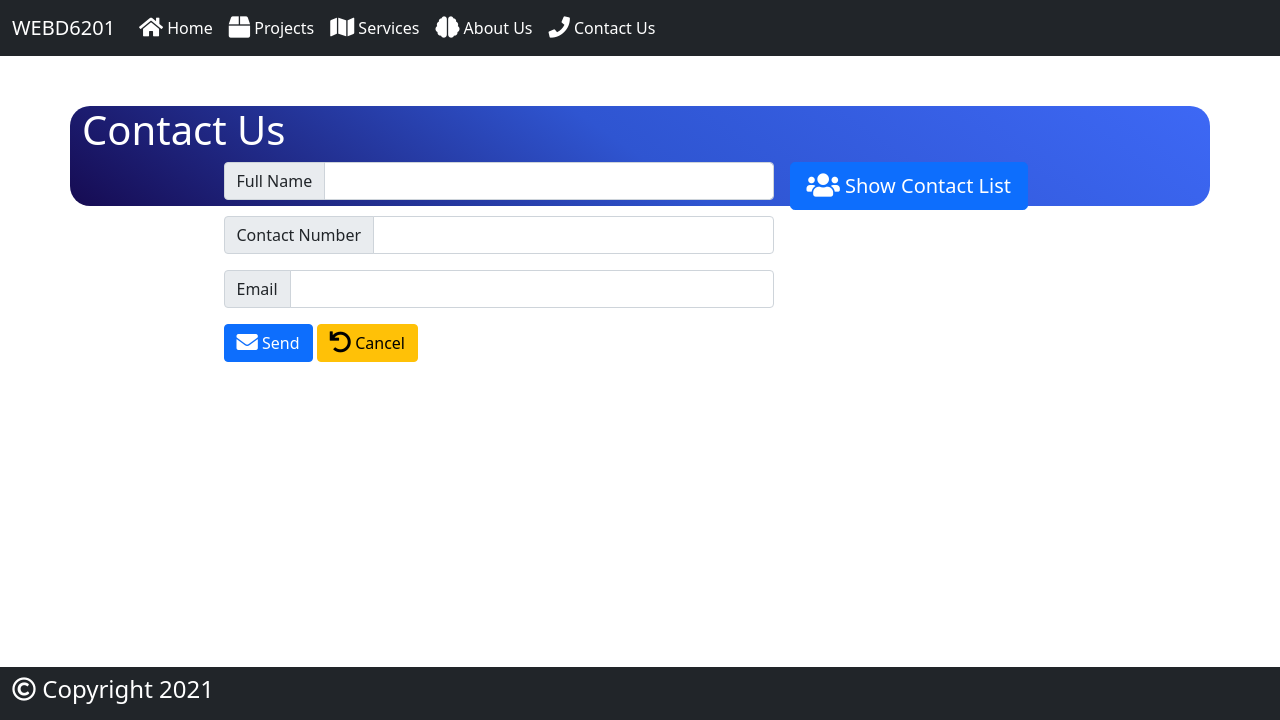
Repository: AshokSasi/WEBD6201-ASasi-JYuan-Lab2
Page: contact.html
The author's editor kept a copy of each file at every save. The page is drawn from the files as they stood at one save, then again after the next save.
The browser window is 1280 px wide. The pictures show the whole page.

Above is the page before, as saved 2021-01-28 20:41:04.
Not found: Scripts/contact.js

### contact.html
<!DOCTYPE html>
<html lang="en">
<head>
    <meta charset="UTF-8">
    <meta name="viewport" content="width=device-width, initial-scale=1.0">
    <title>Contact Us</title>
    <!-- CSS Section-->
    <link rel="stylesheet" href="./Content/app.css">
    <link rel="stylesheet" href="./node_modules/bootstrap/dist/css/bootstrap.min.css">
    <link rel="stylesheet" href="./node_modules/@fortawesome/fontawesome-free/css/all.min.css">
</head>
<body>
  <!-- Main Header -->
  <header>
    <!--main navbar-->
      <nav class="navbar navbar-expand-lg navbar-dark bg-dark">
          <div class="container-fluid">
            <a class="navbar-brand" href="index.html">WEBD6201</a>
            <button class="navbar-toggler" type="button" data-bs-toggle="collapse" data-bs-target="#navbarSupportedContent" aria-controls="navbarSupportedContent" aria-expanded="false" aria-label="Toggle navigation">
              <span class="navbar-toggler-icon"></span>
            </button>
            <div class="collapse navbar-collapse" id="navbarSupportedContent">
              <ul class="navbar-nav me-auto mb-2 mb-lg-0">
                <li class="nav-item">
                  <a class="nav-link active" aria-current="page" href="index.html"><i class="fas fa-home fa-lg"></i> Home</a>
                </li>
                <li class="nav-item">
                  <a class="nav-link active" aria-current="page" href="projects.html"><i class="fas fa-box fa-lg"></i> Projects</a>
                </li>
                <li class="nav-item">
                  <a class="nav-link active" aria-current="page" href="services.html"><i class="fas fa-map fa-lg"></i> Services</a>
                </li>
                <li class="nav-item">
                  <a class="nav-link active" aria-current="page" href="about.html"><i class="fas fa-brain fa-lg"></i> About Us</a>
                </li>
                <li class="nav-item">
                  <a class="nav-link active" aria-current="page" href="contact.html"><i class="fas fa-phone fa-lg"></i> Contact Us</a>
                </li>
              </ul>

            </div>
          </div>
        </nav>
  </header>

    <!-- Main Content-->
    <main class="container">
        <h1 class="titleBg">Contact Us</h1>
       <div id="messageArea">

       </div>
        <!--Contact us form-->
        <div class="row justify-content-md-center g-3 contactUsForm">
          <form class="col-lg-6 col-md-10 col-sm-10">

            <div class="input-group mb-3">
              <span class="input-group-text" id="inputGroup-sizing-default">Full Name</span>
              <input id= "fullName" type="text" class="form-control" aria-label="Full Name" aria-describedby="Full Name Input"
              name="fullName" required>
            </div>


            <div class="input-group mb-3">
              <span class="input-group-text" id="inputGroup-sizing-default">Contact Number</span>
              <input id= "contactNumber" type="tel" class="form-control" aria-label="Contact Number" aria-describedby="Contact Number Input"
              name="contactNumber" required>
            </div>

            <div class="input-group mb-3">
              <span class="input-group-text" id="inputGroup-sizing-default">Email</span>
              <input id= "emailAddress" type="email" class="form-control" aria-label="Email Address" aria-describedby="Email Address Input"
              name="emailAddress" required>
            </div>

            <button id="sendButton" type="submit" class="btn btn-primary"><i class="fas fa-envelope fa-lg"></i> Send</button>
            <button id="cancelButton" type="reset" class="btn btn-warning"><i class="fas fa-undo fa-lg"></i> Cancel</button>
          </form>

          <div class="col-lg-3 col-md-3">
            <a href="contact-list.html" class="btn btn-primary btn-lg"><i class="fas fa-users fa-lg"></i> Show Contact List</a>

          </div>
        </div>

    </main>

    <!--Main Footer Nav -->
    <!--Main Footer Nav -->
    <footer>
      <nav class="navbar fixed-bottom navbar-dark bg-dark">
          <div class="container-fluid">
            <h4 class="footerContent"><i class="far fa-copyright"></i> Copyright 2021</h4>
          </div>
        </nav>
  </footer>

    <!--Javascript section-->
    <script src="./Scripts/contact.js"></script>
    <script src="./Scripts/app.js"></script>
    <script src="./node_modules/jquery/dist/jquery.min.js"></script>
    <script src="./node_modules/bootstrap/dist/js/bootstrap.bundle.min.js"></script>
</body>
</html>

### Content/app.css
body.bg-image{
    background-image : url('../img/bg-img.png');
    background-repeat: no-repeat;
    background-attachment: fixed;
    background-size: 100% 100%;

}
.contactUsForm{
   margin: 300px;
}
.container{
    color: white;
    border-radius: 20px;
    width: 70%;
    height: 100px;
    margin: 50px auto;
    background: linear-gradient(35deg,#160b52,#2f55d1,#3d68f5)
  /*  background: linear-gradient(35deg,#160b52,#2f51be)*/
}
footer{
    color:white;
}

### Scripts/app.js
/* custom JavaScript goes here */

//IIFE - Immediately Invoked Function Expression
//AKA - Anonymous Self-Executing Function
//Closure - limits scope leak


"use strict";

(function()
{
function displayHome()
{

      // let paragraphOneText = "This is a simple site to demonstrate DOM Manipulation for ICE 1";

        //Different ways to select a paragraph element "paragraph one"
      //  let paragraphOneElement = document.getElementById("paragraphOne");

       // paragraphOneElement.textContent = paragraphOneText;
       // paragraphOneElement.className = "fs-5";

        // step 1. Create an element
     //   let newParagraph = document.createElement("p");
        //step 2. configure element
      //  newParagraph.setAttribute("id", "paragraphTwo");
       // newParagraph.textContent = "...And this is paragraph two";
       // //Step 3. select the parent element
      //  let mainContent = document.getElementsByTagName("main")[0];
        //step 4. Add/insert the element
      //  mainContent.appendChild(newParagraph);

        newParagraph.className = "fs-6";

        //////another way to add an element ///////
        //let paragraphThree =`<p class="fs-7 fw-bold">And this is the Third Paragraph</p>`;
        //mainContent.innerHTML = paragraphThree;

      //  let paragraphDiv = document.createElement("div");
       // let paragraphThree = `<p id="paragraphThree" class="fs-7 fw-bold">And this is the third paragraph</p>`
       // paragraphDiv.innerHTML = paragraphThree;

        //insertion before a node
        //newParagraph.before(paragraphDiv);
      //  newParagraph.after(paragraphDiv);

        //deletions
        //paragraphOneElement.remove();
      //  mainContent.removeChild(paragraphOneElement);

        //Update / modification of an element
        //mainContent.firstElementChild.textContent = "Welcome Home!";

      //  mainContent.innerHTML =
      //  `<h1 id="firstHeading">Welcome to WEBD6201 - Lab 1</h1>
      //  <p id="paragraphOne" class="fs-3 fw-bold">This is my first paragraph</p>`

}
function displayAbout()
{

}
function displayProjects()
{

}
function displayServices()
{

}

function displayContact()
{
    let messageArea = document.getElementById("messageArea");
    messageArea.hidden = true;
    //form validation
    let fullName = document.getElementById("fullName");
        fullName.addEventListener("blur", function()
        {
            if(fullName.value.length < 2)
            {
                fullName.focus();
                fullName.select();
                messageArea.hidden = false;
                messageArea.textContent = "Please enter an appropriate Name";
            }
            else
            {
                messageArea.removeAttribute("class");
                messageArea.hidden = true;
            }
        });


    let sendButton = document.getElementById("sendButton");
    sendButton.addEventListener("click", function(event)
    {
        //event.preventDefault();
        let contact = new Contact(fullName.value, contactNumber.value, emailAddress.value);

        if(contact.serialize())
        {
            localStorage.setItem((localStorage.length + 1).toString(), contact.serialize());
        }

    });
}


    function Start()
    {
        console.log("App Started...");

        switch(document.title)
        {
            case "Home":
                displayHome();
                break;
            case "About":
                displayAbout();
                break;
            case "Projects":
                displayProjects();
                break;
            case "Services":
                displayServices();
                break;
            case "Contact":
                displayContact();
                break;

        }

    }



    window.addEventListener("load", Start);

})();

Loaded but not shown: node_modules/bootstrap/dist/css/bootstrap.min.css (library); node_modules/@fortawesome/fontawesome-free/css/all.min.css (library); node_modules/jquery/dist/jquery.min.js (library); node_modules/bootstrap/dist/js/bootstrap.bundle.min.js (library)

After the next save:
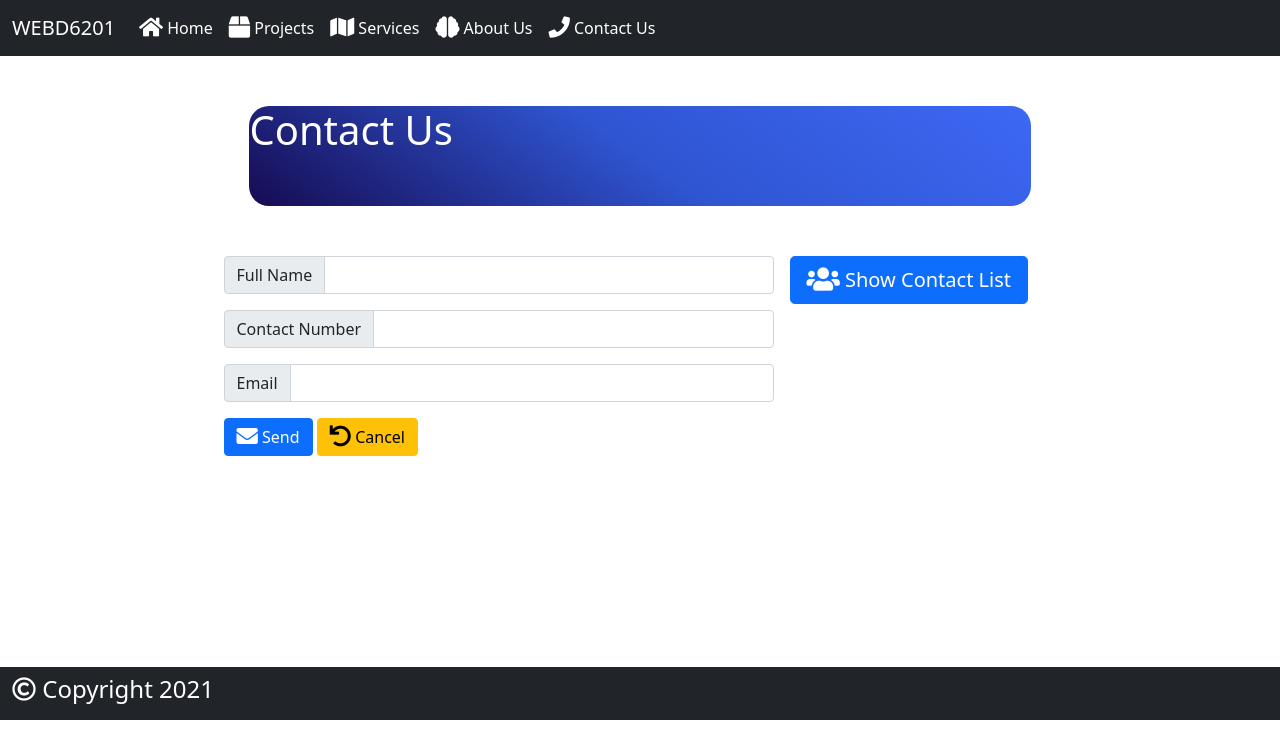
Saved 16 s later.
--- a/Content/app.css
+++ b/Content/app.css
@@ -5,16 +5,19 @@ body.bg-image{
     background-size: 100% 100%;
 
 }
-.contactUsForm{
-   margin: 300px;
-}
-.container{
+.titleBg{
     color: white;
     border-radius: 20px;
     width: 70%;
     height: 100px;
     margin: 50px auto;
     background: linear-gradient(35deg,#160b52,#2f55d1,#3d68f5)
+}
+.contactUsForm{
+   margin: 300px;
+}
+.container{
+
   /*  background: linear-gradient(35deg,#160b52,#2f51be)*/
 }
 footer{
